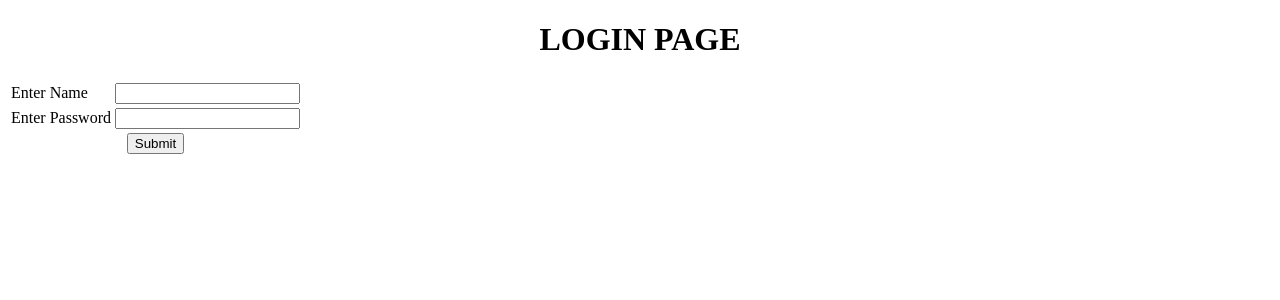
Repository: somnath0796/DeveloperMaterials
Page: http://localhost/JspApp/login.jsp
The author's editor kept a copy of each file at every save. The page is drawn from the files as they stood at one save, then again after the next save.
The browser window is 1280 px wide. The pictures show the whole page.
The page is served by Tomcat 9. Other server files are loaded and not shown.

Above is the page before, as saved 2018-02-02 04:48:23.

### JspApp/WebContent/login.jsp
<%@ page language="java" contentType="text/html; charset=ISO-8859-1"
    pageEncoding="ISO-8859-1"%>
<!DOCTYPE html PUBLIC "-//W3C//DTD HTML 4.01 Transitional//EN" "http://www.w3.org/TR/html4/loose.dtd">
<html>
<head>
<meta http-equiv="Content-Type" content="text/html; charset=ISO-8859-1">
<title>Login</title>
</head>
<body>
	<h1><center>LOGIN PAGE</center></h1>
	<form>
		<table>
		<tr>
			<td>Enter Name</td> <td> <input type="text" name = "userName"></td>
		</tr>
		<tr>
			<td>Enter Password</td> <td> <input type="password" name = "password"></td>
		</tr>
		<tr>
			<td colspan="2" align="center"><input type="submit" value = "Submit"></td>
		</tr>
		</table>
	</form>
</body>
</html>

After the next save:
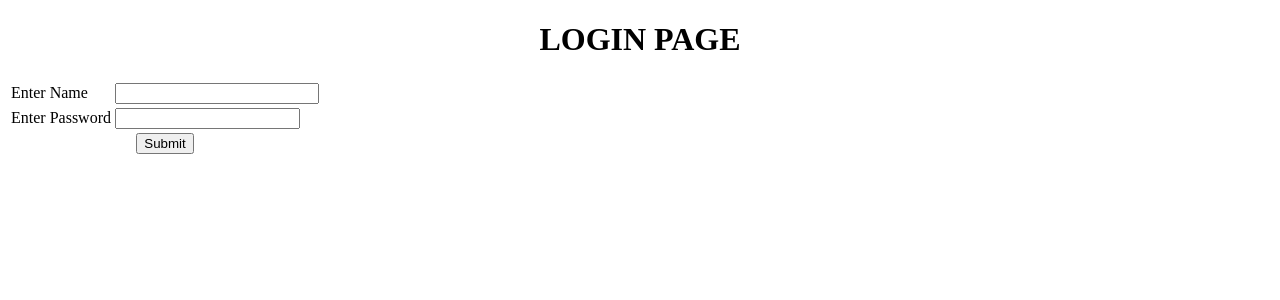
Saved 81 s later.
--- a/JspApp/WebContent/login.jsp
+++ b/JspApp/WebContent/login.jsp
@@ -11,7 +11,7 @@
 	<form>
 		<table>
 		<tr>
-			<td>Enter Name</td> <td> <input type="text" name = "userName"></td>
+			<td>Enter Name</td> <td> <input type="text" name = "userName" style="width: 196px; "></td>
 		</tr>
 		<tr>
 			<td>Enter Password</td> <td> <input type="password" name = "password"></td>
@@ -20,6 +20,7 @@
 			<td colspan="2" align="center"><input type="submit" value = "Submit"></td>
 		</tr>
 		</table>
+
 	</form>
 </body>
 </html>
